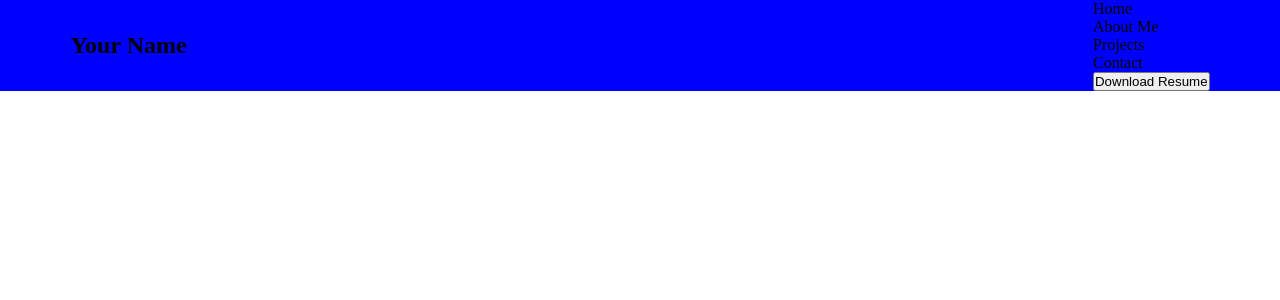
Repository: DevAntonioRogers/vanilla-portfolio
Page: index.html
These files come from the project's save history. The page is drawn as it stood at one moment and after the next save; the edit follows.
The browser window is 1280 px wide. The pictures show the whole page.

Above is the page before, as saved 2023-07-12 14:11:26.

### index.html
<!DOCTYPE html>
<html lang="en">
  <head>
    <meta charset="UTF-8" />
    <meta name="viewport" content="width=device-width, initial-scale=1.0" />
    <link rel="stylesheet" href="style.css" />
    <title>Antonio Rogers</title>
  </head>
  <body>
    <nav>
      <div class="container nav-container">
        <a href="/" aria-label="Home"> <h1>Your Name</h1></a>
        <ul>
          <li>
            <a href="/" aria-label="Home">Home</a>
          </li>
          <li>
            <a href="/" aria-label="About Me">About Me</a>
          </li>
          <li>
            <a href="/" aria-label="Projects">Projects</a>
          </li>
          <li>
            <a href="/" aria-label="Contact">Contact</a>
          </li>
          <li>
            <a href="/resume.pdf" download aria-label="Download Resume">
              <button>Download Resume</button>
            </a>
          </li>
        </ul>
      </div>
    </nav>
  </body>
</html>

### style.css
* {
  box-sizing: border-box;
  padding: 0;
  margin: 0;
}

a {
  text-decoration: none;
  color: inherit;
}

li {
  list-style: none;
}

.container {
  width: 89%;
  margin: auto;
}

nav {
  background-color: blue;
}

.nav-container {
  display: flex;
  justify-content: space-between;
  align-items: center;
}

.nav ul {
  display: flex;
}

After the next save:
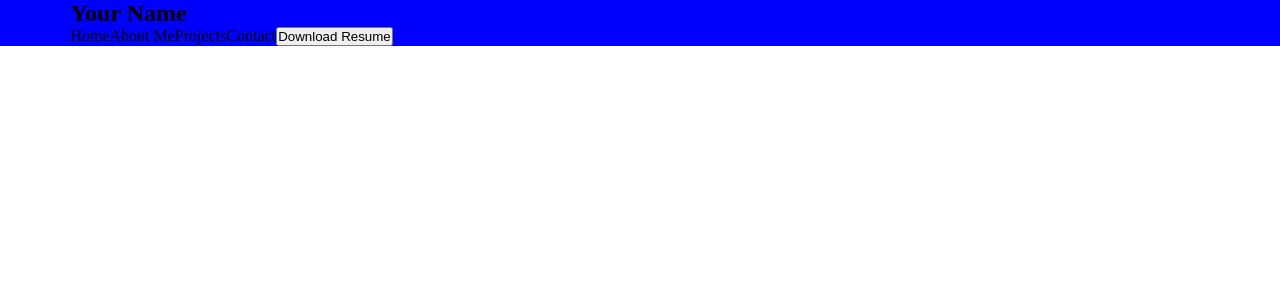
Saved 20 s later.
--- a/index.html
+++ b/index.html
@@ -8,7 +8,7 @@
   </head>
   <body>
     <nav>
-      <div class="container nav-container">
+      <div class="container nav">
         <a href="/" aria-label="Home"> <h1>Your Name</h1></a>
         <ul>
           <li>
